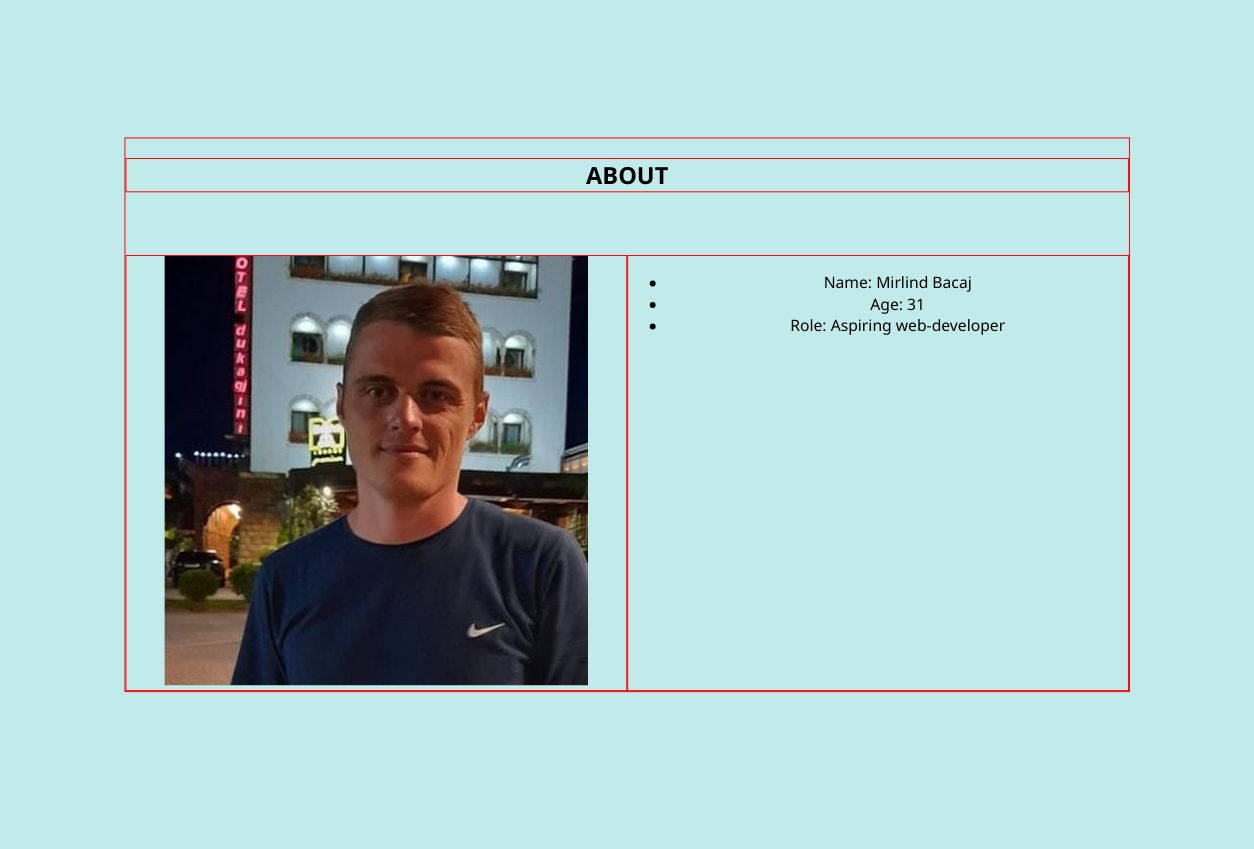
Repository: mirkbirki/mirkbirki.github.io
Page: index.html
The author's editor kept a copy of each file at every save. The page is drawn from the files as they stood at one save, then again after the next save.
The browser window is 1280 px wide. The pictures show the part of the page from y = 1989 to 2959 px (the page is 2855 px tall before and 2959 px after), at 98% of full size.
A picture or video elsewhere on the page could not be fetched, so the positions and the page height are approximate.

Above is the page before, as saved 2022-11-24 12:16:29.

### index.html
<!DOCTYPE html>
<html lang="en">
<head>
    <meta charset="UTF-8">
    <meta http-equiv="X-UA-Compatible" content="IE=edge">
    <meta name="viewport" content="width=device-width, initial-scale=1.0">
    <title>Mirlind's portfolio</title>
    <link rel="stylesheet" href="styles.css">
</head>
<body>
    <header>
        <div class="header-bar">
            <h1>Mirlind's portfolio</h1>
            <nav>
                <ul>
                    <li><a href="#skills">Skills</a></li>
                    <li><a href="#projects">Projects</a></li>
                    <li><a href="#about">About</a></li>
                    <li><a href="#contact">Contact</a></li>
                </ul>
            </nav>
        </div>
    </header>
    <div id="skills">
        <h2>SKILLS</h2>
        <div class="left-aligned-text">
            <p class="skills-text"><img class="img-skills" src="scroll.png" />Studied web-development for 6 months</p>
            <p class="skills-text"><img class="img-skills" src="desktop-computer.png" />Frontend specialized</p>
            <p class="skills-text"><img class="img-skills" src="git.png" />Basic knowledge with GIT</p>
            <p class="skills-text"><img class="img-skills" src="html5.png" />Basic knowledge with HTML5</p>
            <p class="skills-text"><img class="img-skills" src="css3.png" />Basic knowledge with CSS3</p>
            <p class="skills-text"><img class="img-skills" src="js.png" />Yet to start learning javascript</p>
        </div>
    </div>
    <div id="projects">
        <h2>PROJECTS</h2>
        <div class="grid-container-projects">
            <div class="grid-project-1">
                <h3>ESTIMERA</h3>
                <img class="img-project" src="estimera.PNG" />
                <p class="projects-text">This was a project which I received from my brother in law. He works for the swedish immigration department
                    and needed a tool which would help him calculate if an applicant is eligeble for work visa. I figured out the logic and
                    applied it in Python. My cousin set up the site using Python/Django and is maintaining it today.</p>
                <ul>
                    <li>Python •</li>
                    <li>HTML5 •</li>
                    <li>CSS3</li>
                </ul>
            </div>
            <div class="grid-project-2">
                <h3>NEXT PROJECT</h3>
                <img class="img-project" src="question-mark.png" />
                <p class="projects-text">Lorem ipsum dolor sit amet consectetur adipisicing elit. Eos labore quae, nisi voluptatibus earum, pariatur iusto, hic minima reiciendis
                    architecto voluptatum dolor quam consectetur explicabo? Modi iste possimus exercitationem minima.</p>
                <ul>
                    <li></li>
                    <li></li>
                    <li></li>
                </ul>
            </div>
        </div>
    </div>
    <div id="about">
        <h2>ABOUT</h2>
        <div class="flex-container-about">
            <div class="flex-about-img">
                <img class="img-about" src="jag.jpg"/>
            </div>
            <div class="flex-about-text">
                <ul>
                    <li>Name: Mirlind Bacaj</li>
                    <li>Age: 31</li>
                    <li>Role: Aspiring web-developer</li>
                </ul>
            </div>
        </div>
    </div>
</body>
</html>

### styles.css
* {
  font-family:'Segoe UI', Tahoma, Geneva, Verdana, sans-serif;
}

html {
  overflow-x: hidden;
}

body {
  margin: 0;
  width: 100%;
  background-color: rgb(193, 235, 235);
  overflow-x: hidden;
}

/* HEADER */

.header-bar {
  width: 100%;
  height: fit-content;
  background-color: black;
  border-top: 1px solid rgb(0, 0, 0);
  text-align: center;
}

.header-bar h1 {
  color: white;
  padding: 0;
  margin-top: 0.8rem;
}

nav ul {
  list-style-type: none;
  margin: 0 auto;
  padding: 0 0 0.8rem 0;
}

nav li {
  display: inline-block;
  padding-right: 1rem;
  margin-left: 1rem;
}

nav a {
  text-decoration: none;
  color: white;
}

nav a:hover {
  color: gray;
}

/* SKILLS */

#skills {
  width: 740px;
  margin: 5rem auto;
}

#skills h2 {
  text-align: center;
}

.left-aligned-text {
  width: 100%;
  text-align: left;
  margin: 0 auto;
}

.skills-text {
  padding: 0.5rem;
  margin-left: 11.5rem;
  font-weight: 500;
}

.img-skills {
  width: 9%;
  padding-right: 1rem;
  vertical-align: middle;
}

/* PROJECTS */

#projects {
  width: 80%;
  margin: 8rem auto;
  text-align: center;
}

.grid-container-projects {
  display: grid;
  grid-template-columns: auto auto;
  grid-template-rows: auto;
  text-align: center;
  height: 100%;
  margin: 0 auto;
  gap: 2em;
}

.grid-project-1 {
  text-align: center;
}

.grid-project-1 h3 {
  text-decoration: underline;
  text-decoration-thickness: 3px;
}

.img-project {
  display: block;
  width: 70%;
  height: 65%;
  margin: 0 auto;
}

.projects-text {
  margin: 0 auto;
  text-align: left;
  width: 65%;
  padding: 1rem 0 1rem 0;
  font-weight: 450;
}

#projects ul {
  list-style-type: none;
  text-align: center;
  margin: 0 auto;
  width: 80%;
  padding: 0;
}

#projects li {
  font-weight: bold;
  display: inline;
}

.grid-project-2 {
  text-align: left;
}

.grid-project-2 h3 {
  text-align: center;
  text-decoration: underline;
  text-decoration-thickness: 3px;
}

/* ABOUT */

#about {
  width: 80%;
  margin: 10rem auto;
  text-align: center;
  border: 1px solid red;
}

#about h2 {
  border: 1px solid red;
  margin-bottom: 4rem;
}

.flex-container-about {
  display: flex;
  flex-direction: row;
  text-align: center;
  margin: 0 auto;
}

.flex-about-img {
  flex-basis: 50%;
  border: 1px solid red;
}

.flex-about-text {
  flex-basis: 50%;
  border: 1px solid red;
}

@media screen and (max-width: 1280px) {

/* SKILLS */

  #skills {
    width: 740px;
    margin: 2rem auto;
  }

  /* PROJECTS */

  #projects {
    width: 80%;
    margin: 4rem auto;
  }

  .grid-container-projects {
    display: block;
  }

  .grid-project-1 {
    padding-top: 0.1rem;
  }

  .img-project {
    width: 50%;
    height: 30%;
  }

  .projects-text {
    width: 50%;
  }

  .grid-project-2 {
    padding-top: 1.5rem;
  }

}

@media screen and (max-width: 750px) {

  /* HEADER */

  nav li {
    padding-right: 0.5rem;
    margin-left: 0.5rem;
  }

  /* SKILLS */

  #skills {
    width: 500px;
  }

  .skills-text {
    margin-left: 4.5rem;
  }

 /* PROJECTS */

  #projects {
    width: 100%;
    margin: 4rem auto;
  }

  .img-project {
    width: 50%;
    height: 30%;
  }

}

@media screen and (max-width: 520px) {

  /* SKILLS */

  #skills {
    width: 300px;
  }

  .skills-text {
    margin: 0 auto;
    text-align: center;
  }

  .img-skills {
    margin: 0 175px 0 125px;
    width: 12%;
    padding: 0.5rem 0 0.2rem 0;
  }

  /* PROJECTS */

  .img-project {
    width: 50%;
    height: 30%;
  }

  .projects-text {
    font-size: 14px;
  }

  #projects li {
    font-size: 13px;
  }

}

After the next save:
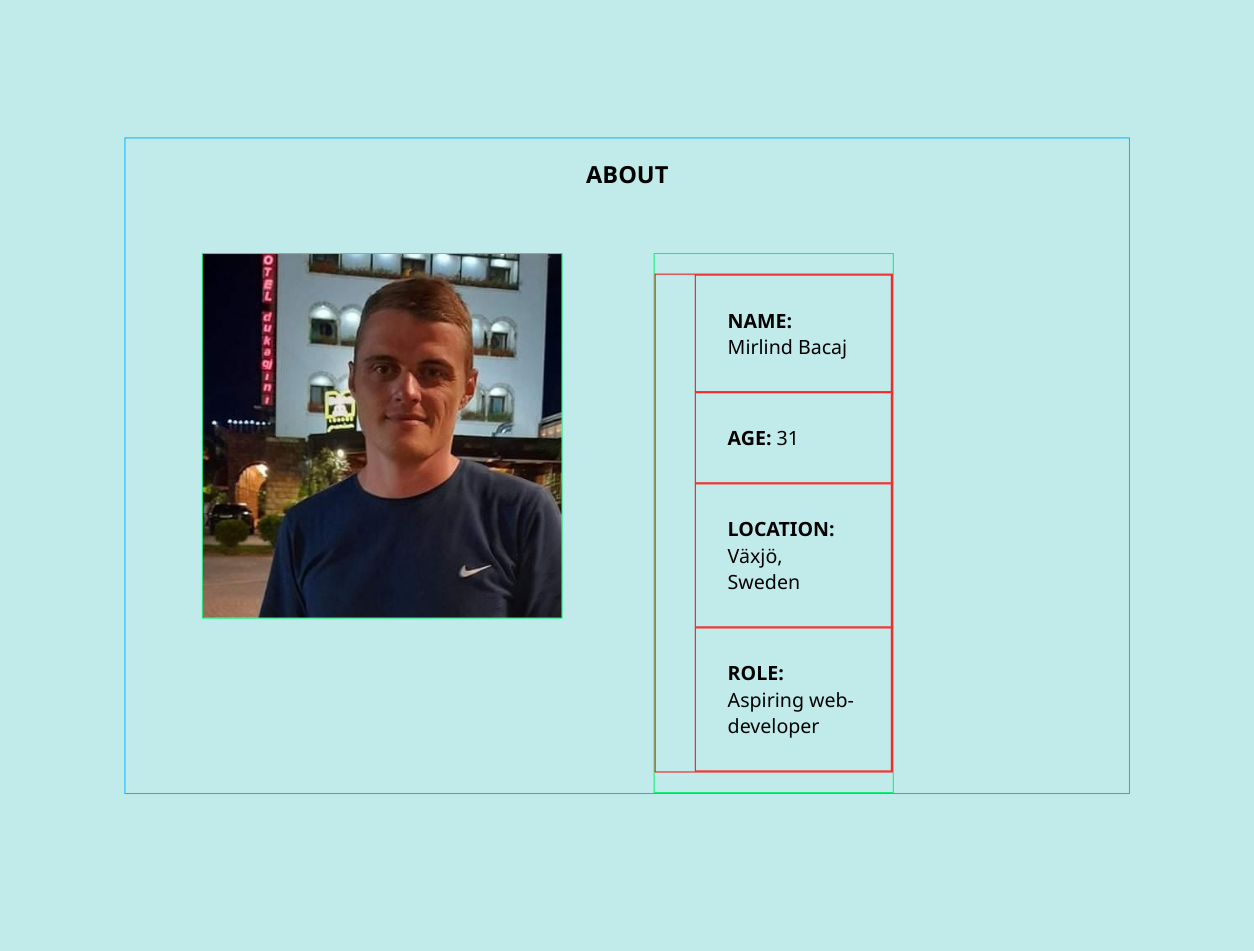
Saved 71 min 30 s later.
--- a/index.html
+++ b/index.html
@@ -62,15 +62,25 @@
     </div>
     <div id="about">
         <h2>ABOUT</h2>
-        <div class="flex-container-about">
-            <div class="flex-about-img">
+        <div class="grid-container-about">
+            <div class="grid-about-img">
                 <img class="img-about" src="jag.jpg"/>
             </div>
-            <div class="flex-about-text">
+            <div class="grid-about-text">
+                <!--<p class="about-text">I'm a self learning front-end developer. For the last
+                    couple of months I've been learning through sololearn,
+                    freeCodeCamp, by watching youtube videos and reading
+                    books. I've read Pragmatic Guide to Git multiple times. I
+                    recently started reading Jon Duckett's HTML&CSS.
+
+                    My goal is to keep learning while still working my full-time
+                    job as an associate nurse. My goal is to be able to get a job
+                    as a front-end developer by 2024.</p>-->
                 <ul>
-                    <li>Name: Mirlind Bacaj</li>
-                    <li>Age: 31</li>
-                    <li>Role: Aspiring web-developer</li>
+                    <li><b>NAME:</b> Mirlind Bacaj</li>
+                    <li><b>AGE:</b> 31</li>
+                    <li><b>LOCATION:</b> Växjö, Sweden</li>
+                    <li><b>ROLE:</b> Aspiring web-developer</li>
                 </ul>
             </div>
         </div>
--- a/styles.css
+++ b/styles.css
@@ -150,28 +150,58 @@ nav a:hover {
   width: 80%;
   margin: 10rem auto;
   text-align: center;
+  border: 1px solid rgb(0, 183, 255);
+}
+
+#about h2 {
+  margin-bottom: 4rem;
+}
+
+.grid-container-about {
+  display: grid;
+  grid-template-columns: auto auto;
+  grid-template-rows: auto;
+  height: 100%;
+  width: 100%;
+  margin: 0 auto;
+  gap: 1rem;
+  border: 1px rgb(253, 0, 0);
+}
+
+.grid-about-img {
+  width: 100%;
+  height: 100%;
+}
+
+.grid-about-img img {
+  width: 70%;
+  border: 1px solid rgb(12, 238, 114);
+}
+
+.grid-about-text {
+  width: 50%;
+  border: 1px solid rgb(12, 238, 114);
+}
+
+/*
+.about-text {
+  text-align: left;
+  background-color: rgba(255, 255, 255, 0.5);
+  border-radius: 10px;
+  vertical-align: center;
+}
+*/
+
+.grid-about-text ul {
+  width: fit-content;
+  list-style-type: none;
+  font-size: 20px;
   border: 1px solid red;
 }
 
-#about h2 {
-  border: 1px solid red;
-  margin-bottom: 4rem;
-}
-
-.flex-container-about {
-  display: flex;
-  flex-direction: row;
-  text-align: center;
-  margin: 0 auto;
-}
-
-.flex-about-img {
-  flex-basis: 50%;
-  border: 1px solid red;
-}
-
-.flex-about-text {
-  flex-basis: 50%;
+.grid-about-text li {
+  text-align: left;
+  padding: 2rem;
   border: 1px solid red;
 }
 
@@ -210,6 +240,21 @@ nav a:hover {
 
   .grid-project-2 {
     padding-top: 1.5rem;
+  }
+
+  /* ABOUT */
+
+  .flex-about-text ul {
+    width: fit-content;
+    list-style-type: none;
+    font-size: 20px;
+    border: 1px solid red;
+  }
+
+  .flex-about-text li {
+    text-align: left;
+    padding: 2rem;
+    border: 1px solid red;
   }
 
 }
